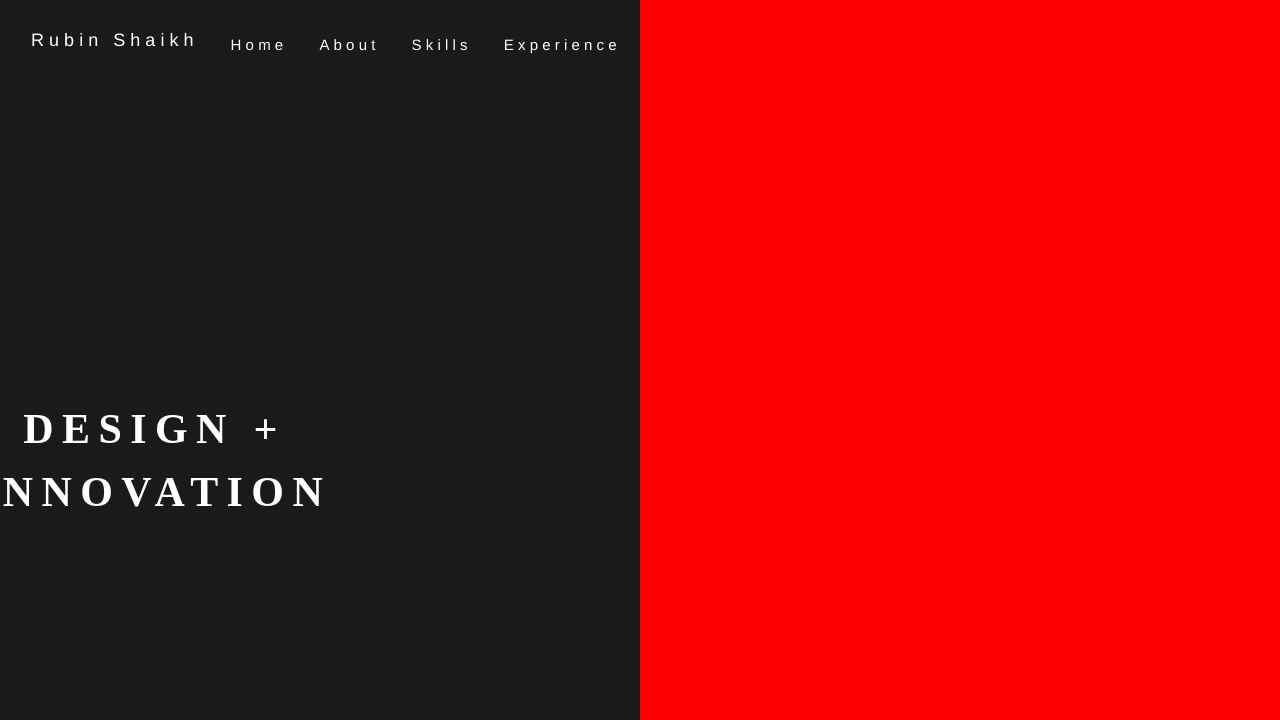
Repository: Rubin78/My-Portfolio
Page: /second
An editor plug-in stored every save of this project. The page is shown before and after a run of saves, followed by the edit.
The browser window is 1280 px wide. The pictures show the whole page.
The project was rebuilt for these pictures with package versions that can differ from the ones it lists, and the page was loaded fresh each time. Also part of the build but not shown: src/components/First/First.module.css, src/components/First/First.js, src/components/Third.js.

Above is the page before, as saved 2020-07-21 17:08:05.

After the next 2 saves:
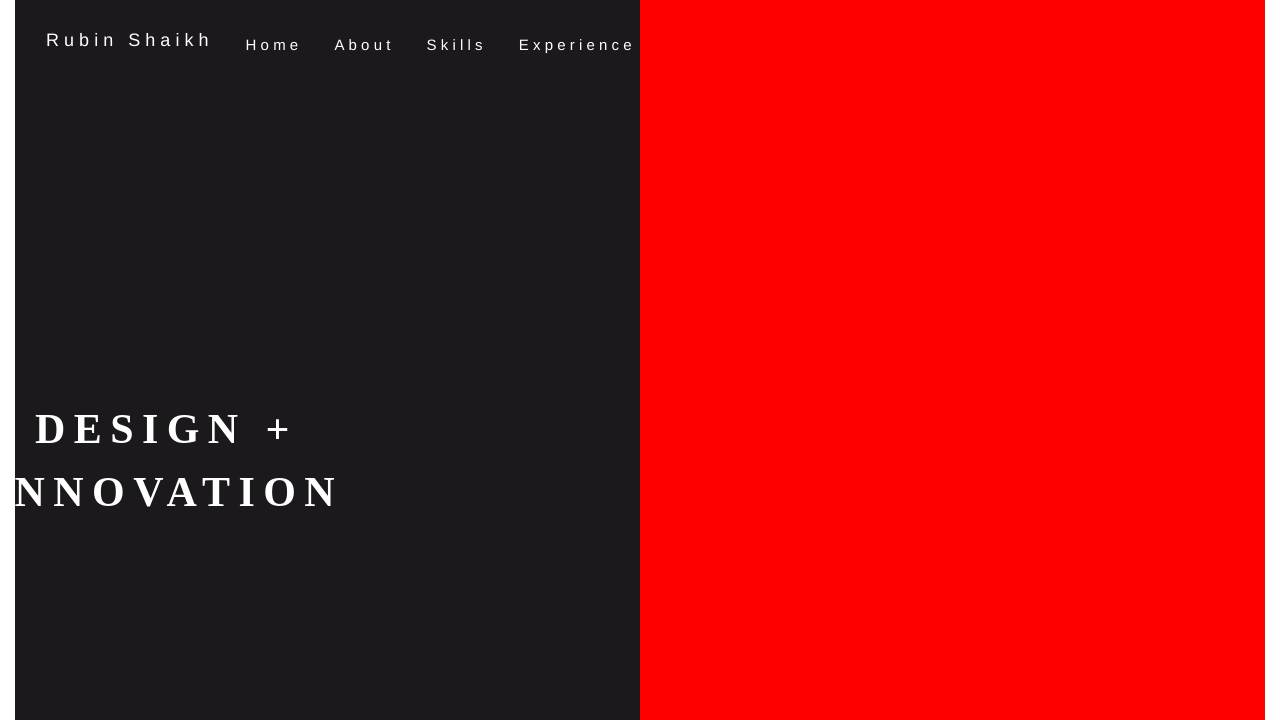
The 2 saves are shown as one change because 1 did not build or start.
The last was saved 60 s later.
--- a/src/components/Second.js
+++ b/src/components/Second.js
@@ -52,7 +52,7 @@
   const toggle = () => setIsOpen(!isOpen);
 
   return (
-<div style={{display:'flex',justifyContent:'center',alignItems:'center'}}>
+< Container fluid style={{display:'flex',justifyContent:'center',alignItems:'center'}}>
     <Container fluid  className="containerBody2" style={{  backgroundImage:`url(${hero1})`,}} >
     <div style={{backgroundColor:'transparent',height:90,display:'flex'}}>
       <Navbar color="red" light expand="md"  style={{display:'flex',flex:1,}} >
@@ -94,7 +94,7 @@
 
 
 </Container>
-</div>
+</ Container>
 
   );
 }
